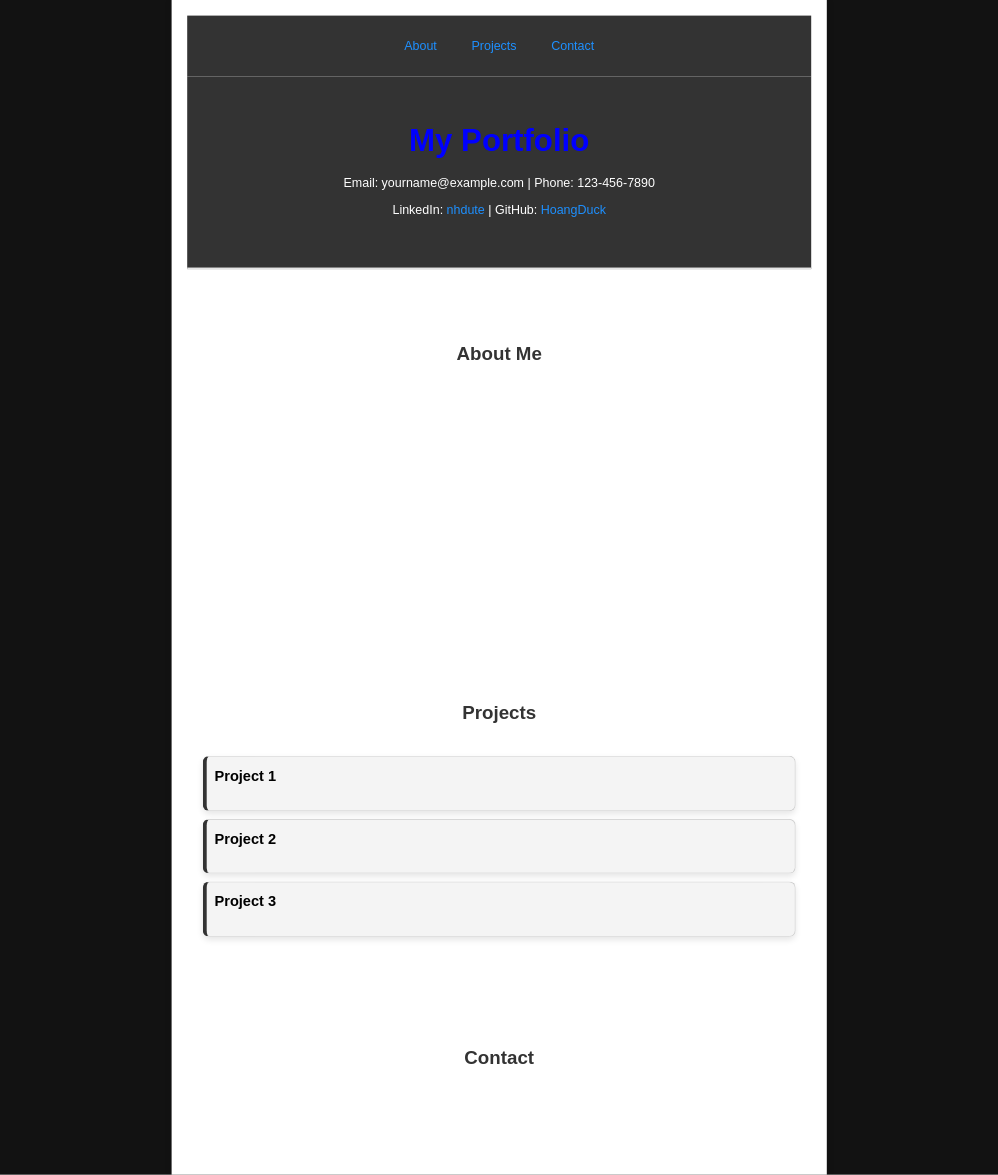
Repository: HoangDuck/portfolio
Page: index.html
These files come from the project's save history. The page is drawn as it stood at one moment and after the next save; the edit follows.
The browser window is 1280 px wide. The pictures show the whole page, at 78% of full size.

Above is the page before, as saved 2025-03-09 22:20:57.

### index.html
<!DOCTYPE html>
<html lang="en">
<head>
    <meta charset="UTF-8">
    <meta name="viewport" content="width=device-width, initial-scale=1.0">
    <title>My Portfolio</title>
    <link rel="stylesheet" href="style.css">
</head>
<body>
    <div class="portfolio-container">
        <nav>
            <ul>
                <li><a href="#about">About</a></li>
                <li><a href="#projects">Projects</a></li>
                <li><a href="#contact">Contact</a></li>
            </ul>
        </nav>
        <header>
            <h1 style="color: blue;">My Portfolio</h1>
            <p id="contact-info">Email: yourname@example.com | Phone: 123-456-7890</p>
            <p id="social-media">
                LinkedIn: <a href="https://www.linkedin.com/in/nhdute/">nhdute</a> |
                GitHub: <a href="https://github.com/HoangDuck">HoangDuck</a>
            </p>
        </header>
        <section id="about">
            <h2>About Me</h2>
            <p>I'm a <strong>Middle Flutter Developer</strong> with more than <strong>2 years of experience</strong>. I have worked on various <strong>mobile app development projects</strong> using Flutter in domains like <strong>Logistics, Human Resource Management, and Medical Communication</strong>.</p>
            <p>I am proficient in using common <strong>state management libraries</strong> such as <strong>Riverpod, Bloc, Flutter Hooks, Provider, and GetX</strong>. Additionally, I have experience working with <strong>REST APIs</strong> using <strong>Dio</strong> (including interceptors) and the <strong>HTTP</strong> package.</p>
            <p>I have <strong>basic native development skills</strong> in <strong>UIKit, SwiftUI</strong>, and I am familiar with Flutter’s <strong>MethodChannel</strong> for platform-specific implementations. I can read <strong>technical documents in English</strong>, and my <strong>communication skills</strong> are at an intermediate level.</p>
            <p>With my experience and technical skills, I believe I am a strong candidate for the <strong>Flutter Developer</strong> position you are hiring for.</p>
        </section>
        <section id="projects" class="projects">
            <h2>Projects</h2>
            <div class="projects-container">
                <ul id="project-list">
                    <li class="project-item">
                        <h3 style="color: black;">Project 1</h3>
                    </li>
                    <li class="project-item">
                        <h3 style="color: black;">Project 2</h3>
                    </li>
                    <li class="project-item">
                        <h3 style="color: black;">Project 3</h3>
                    </li>
                </ul>
            </div>
        </section>
        <section id="contact">
            <h2>Contact</h2>
            <p>Feel free to reach out to me via email or phone.</p>
        </section>
    </div>
    <script src="script.js"></script>
</body>
</html>

### style.css
body {
    font-family: Arial, sans-serif;
    line-height: 1.6;
    background-color: #121212;
    color: #ffffff;
    margin: 0;
    padding: 0;
}

.portfolio-container {
    width: 80%;
    margin: auto;
    overflow: hidden;
    background: white;
    padding: 20px;
    box-shadow: 0 0 10px rgba(0, 0, 0, 0.1);
    max-width: 800px;
    margin: 0 auto;
    padding: 20px;
}

nav {
    background: #333;
    color: #fff;
    padding: 10px 0;
    text-align: center;
}

nav ul {
    list-style: none;
    padding: 0;
    list-style-type: none;
    padding: 0;
}

nav ul li {
    display: inline;
    margin: 0 20px;
    display: inline;
    margin-right: 20px;
}

nav ul li a {
    color: #1e90ff; /* Primary blue color */
    text-decoration: none;
    color: #1e90ff; /* Primary blue color */
}

header {
    text-align: center;
    padding: 50px 0;
    background: #333;
    color: #fff;
    border-bottom: 2px solid #e4e4e4;
    margin-bottom: 20px;
    text-align: center;
    margin-bottom: 50px;
}

header h1 {
    margin: 0;
    font-size: 2.5em;
    color: #1e90ff; /* Primary blue color */
}

header p {
    margin: 10px 0;
}

h2 {
    font-size: 1.5em;
    margin-bottom: 10px;
    color: #555;
}

p {
    margin: 5px 0;
}

ul {
    list-style: none;
    padding: 0;
}

ul li {
    margin-bottom: 10px;
}

a {
    color: #1e90ff; /* Primary blue color */
    text-decoration: none;
}

a:hover {
    text-decoration: underline;
}

section {
    margin-bottom: 20px;
    margin-bottom: 50px;
}

.projects {
    background: #fff;
    padding: 20px;
    margin-top: 20px;
}

.projects h2 {
    text-align: center;
    color: #333;
}

#project-list {
    list-style: none;
    padding: 0;
}

#project-list li {
    background: #f4f4f4;
    margin: 10px 0;
    padding: 10px;
    border-left: 5px solid #333;
    margin-bottom: 10px;
}

#project-list li a {
    text-decoration: none;
    color: #1e90ff; /* Primary blue color */
}

#about, #contact {
    background: #fff;
    padding: 20px;
    margin-top: 20px;
}

#about h2, #contact h2 {
    text-align: center;
    color: #333;
}

.projects-container {
    display: flex;
    flex-direction: column;
}

.project-item {
    background-color: #f9f9f9;
    border: 1px solid #ccc;
    border-radius: 8px;
    padding: 10px;
    width: 100%;
    box-sizing: border-box;
    margin-bottom: 10px;
    box-shadow: 0 4px 8px rgba(0, 0, 0, 0.1);
    transition: transform 0.3s;
}

.project-item:hover {
    transform: translateY(-10px);
}

.project-item h3 {
    margin-top: 0;
}

.project-item p {
    color: #666;
}

.project-item a {
    color: #007bff;
    text-decoration: none;
}

.project-item a:hover {
    text-decoration: underline;
}

### script.js
document.addEventListener('DOMContentLoaded', () => {
    console.log('Portfolio loaded successfully!');
});

After the next save:
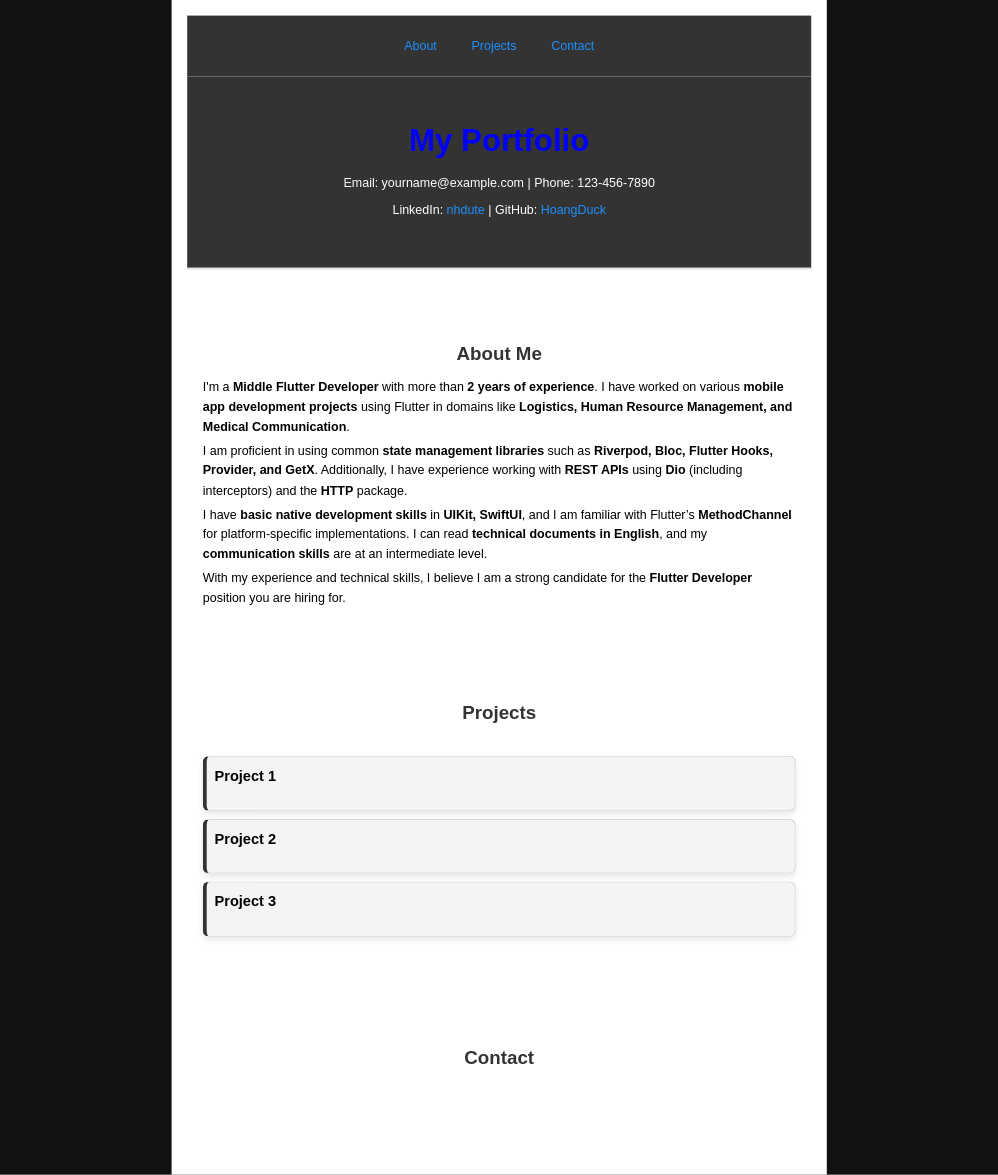
Saved 39 s later.
--- a/index.html
+++ b/index.html
@@ -25,10 +25,10 @@
         </header>
         <section id="about">
             <h2>About Me</h2>
-            <p>I'm a <strong>Middle Flutter Developer</strong> with more than <strong>2 years of experience</strong>. I have worked on various <strong>mobile app development projects</strong> using Flutter in domains like <strong>Logistics, Human Resource Management, and Medical Communication</strong>.</p>
-            <p>I am proficient in using common <strong>state management libraries</strong> such as <strong>Riverpod, Bloc, Flutter Hooks, Provider, and GetX</strong>. Additionally, I have experience working with <strong>REST APIs</strong> using <strong>Dio</strong> (including interceptors) and the <strong>HTTP</strong> package.</p>
-            <p>I have <strong>basic native development skills</strong> in <strong>UIKit, SwiftUI</strong>, and I am familiar with Flutter’s <strong>MethodChannel</strong> for platform-specific implementations. I can read <strong>technical documents in English</strong>, and my <strong>communication skills</strong> are at an intermediate level.</p>
-            <p>With my experience and technical skills, I believe I am a strong candidate for the <strong>Flutter Developer</strong> position you are hiring for.</p>
+            <p style="color: black;">I'm a <strong>Middle Flutter Developer</strong> with more than <strong>2 years of experience</strong>. I have worked on various <strong>mobile app development projects</strong> using Flutter in domains like <strong>Logistics, Human Resource Management, and Medical Communication</strong>.</p>
+            <p style="color: black;">I am proficient in using common <strong>state management libraries</strong> such as <strong>Riverpod, Bloc, Flutter Hooks, Provider, and GetX</strong>. Additionally, I have experience working with <strong>REST APIs</strong> using <strong>Dio</strong> (including interceptors) and the <strong>HTTP</strong> package.</p>
+            <p style="color: black;">I have <strong>basic native development skills</strong> in <strong>UIKit, SwiftUI</strong>, and I am familiar with Flutter’s <strong>MethodChannel</strong> for platform-specific implementations. I can read <strong>technical documents in English</strong>, and my <strong>communication skills</strong> are at an intermediate level.</p>
+            <p style="color: black;">With my experience and technical skills, I believe I am a strong candidate for the <strong>Flutter Developer</strong> position you are hiring for.</p>
         </section>
         <section id="projects" class="projects">
             <h2>Projects</h2>
